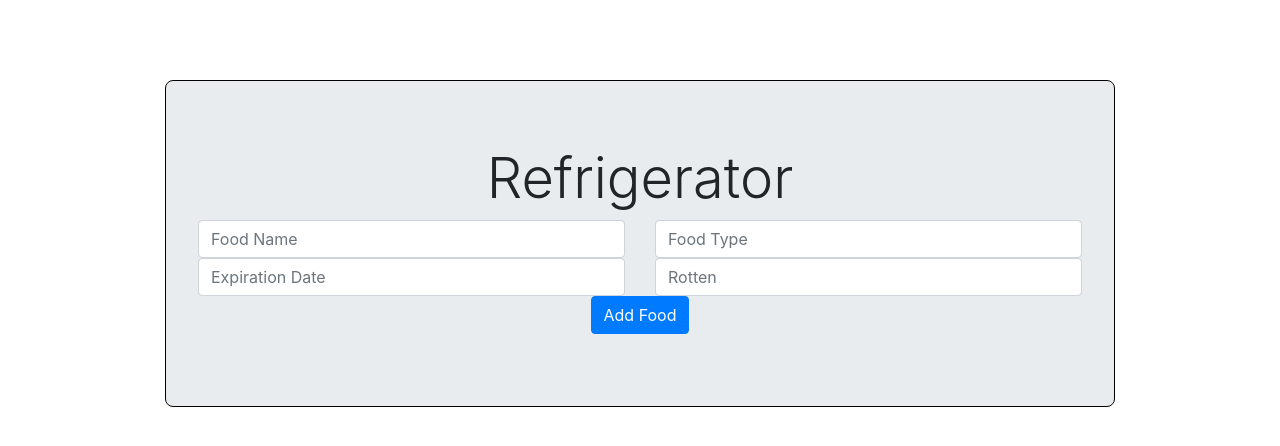
Repository: julianvanost/Week-06
Page: Day_03/FirstServer/public/index.html
These files come from the project's save history. The page is drawn as it stood at one moment and after a run of saves; the edit follows.
The browser window is 1280 px wide. The pictures show the whole page.
The page's requests for data from a server got no answer.

Above is the page before, as saved 2020-02-20 10:58:14.

### Day_03/FirstServer/public/index.html
<!DOCTYPE html>
<html lang="en">

<head>

  <meta charset="UTF-8">
  <meta name="viewport" content="width=device-width, initial-scale=1.0">
  <meta http-equiv="X-UA-Compatible" content="ie=edge">
  <link rel="stylesheet" href="https://stackpath.bootstrapcdn.com/bootstrap/4.4.1/css/bootstrap.min.css"
    integrity="sha384-Vkoo8x4CGsO3+Hhxv8T/Q5PaXtkKtu6ug5TOeNV6gBiFeWPGFN9MuhOf23Q9Ifjh" crossorigin="anonymous">
  <title>Submission Form</title>
  <style>
    .jumbotron {
      margin: 5rem;
      border: 1px solid #000;
      border-radius: 0.5rem;
    }
  </style>
</head>

<body>
  <div class="container">
    <div class=" jumbotron text-center">
      <h1 class="display-4">Refrigerator</h1>
      <form>
        <div class="row">
          <div class="col">
            <input type="text" class="form-control" id="food_name" placeholder="Food Name">
          </div>
          <div class="col">
            <input type="text" class="form-control" id="food_type" placeholder="Food Type">
          </div>
        </div>
        <div class="row">
          <div class="col">
            <input type="text" class="form-control" id="expiration_date" placeholder="Expiration Date">
          </div>
          <div class="col">
            <input type="text" class="form-control" id="is_rotten" placeholder="Rotten">
          </div>
        </div>
            <div class="col-auto">
              <button type="" id="addFood" class="btn btn-primary mb-2">Add Food</button>
            </div>
      </form>
      <div id="fridge"></div>
    </div>
  </div>
  <script src="https://code.jquery.com/jquery-3.4.1.slim.min.js"></script>
  <script src="https://cdn.jsdelivr.net/npm/popper.js@1.16.0/dist/umd/popper.min.js"></script>
  <script src="https://stackpath.bootstrapcdn.com/bootstrap/4.4.1/js/bootstrap.min.js"></script>
  <script src="https://unpkg.com/axios/dist/axios.min.js"></script>
  <script>
    const getfridge = () => {
      axios.get('/fridge')
        .then(({
          data
        }) => {
          document.getElementById('fridge').innerHTML = JSON.stringify(data)
        })
        .catch(e => console.error(e))
    }

    document.getElementById('addFood').addEventListener('click', event => {
      event.preventDefault()
      axios.post('/fridge', {
          food_name: document.getElementById('food_name').value,
          food_type: document.getElementById('food_type').value,
          expiration_date: document.getElementById('expiration_date').value,
          ssn: document.getElementById('ssn').value,
          department: document.getElementById('department').value
        })
        .then(() => {
          getfridge()
        })
    })

    getfridge()
  </script>
</body>

</html>

After the next 4 saves:
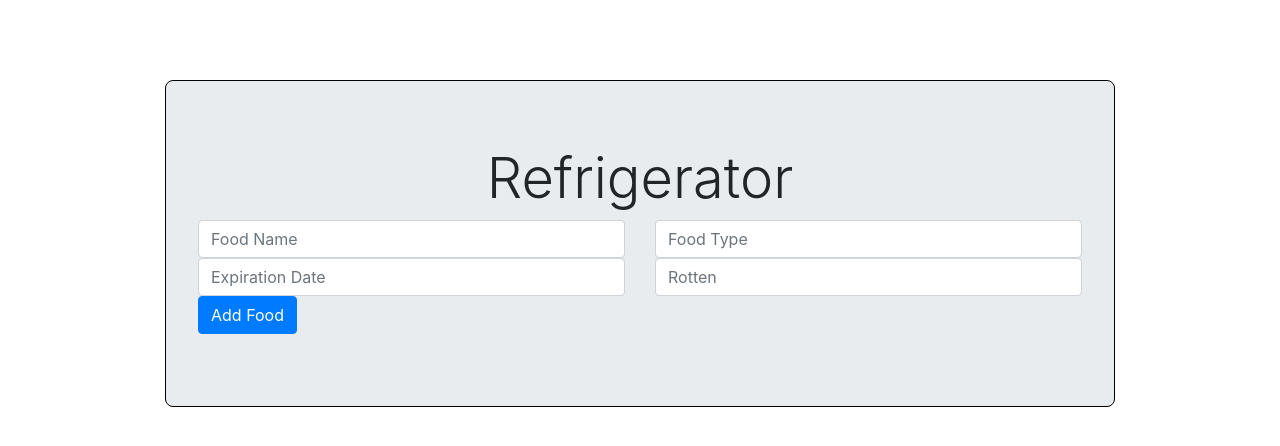
The 4 saves are shown as one change because they came seconds apart.
The last was saved 24 s later.
--- a/Day_03/FirstServer/public/index.html
+++ b/Day_03/FirstServer/public/index.html
@@ -39,9 +39,11 @@
             <input type="text" class="form-control" id="is_rotten" placeholder="Rotten">
           </div>
         </div>
-            <div class="col-auto">
-              <button type="" id="addFood" class="btn btn-primary mb-2">Add Food</button>
-            </div>
+        <div class="row">
+          <div class="col-auto">
+            <button type="" id="addFood" class="btn btn-primary mb-2">Add Food</button>
+          </div>
+        </div>
       </form>
       <div id="fridge"></div>
     </div>
